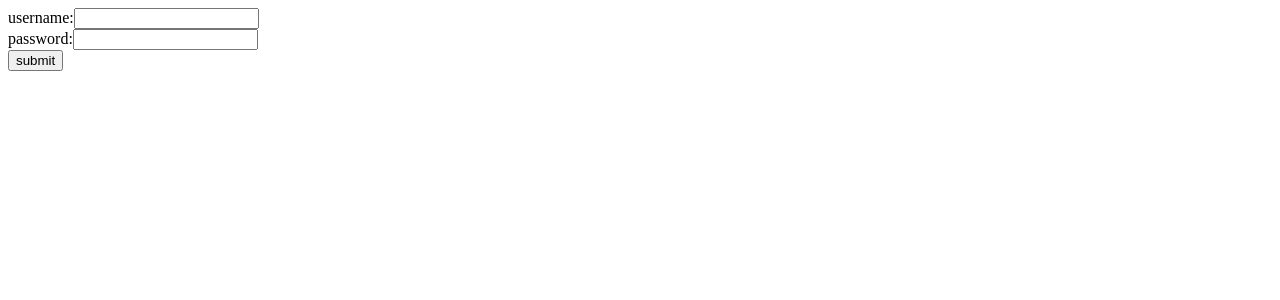
Repository: pkc189/Techment
Page: Advance Java Server Side/HelloWorld/WebContent/login.html
These files come from the project's save history. The page is drawn as it stood at one moment and after the next save; the edit follows.
The browser window is 1280 px wide. The pictures show the whole page.

Above is the page before, as saved 2021-08-20 05:12:56.

### Advance Java Server Side/HelloWorld/WebContent/login.html
<!DOCTYPE html>
<html>
<head>
<meta charset="ISO-8859-1">
<title>Insert title here</title>
</head>
<body>

<form action="">
username:<input type="text" name="u">
<br/>
password:<input type="password" name="p">
<br/>
<input type="submit" value="submit">
</form>

</body>
</html>

After the next save:
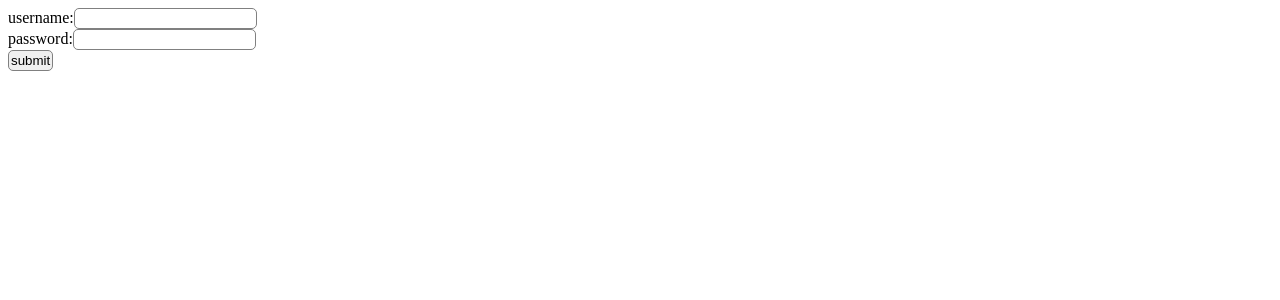
Saved 51 s later.
--- a/Advance Java Server Side/HelloWorld/WebContent/login.html
+++ b/Advance Java Server Side/HelloWorld/WebContent/login.html
@@ -3,6 +3,15 @@
 <head>
 <meta charset="ISO-8859-1">
 <title>Insert title here</title>
+<style>
+input{
+border:1px solid gray;
+
+border-radius:5px;
+padding:2px}
+
+</style>
+
 </head>
 <body>
 
